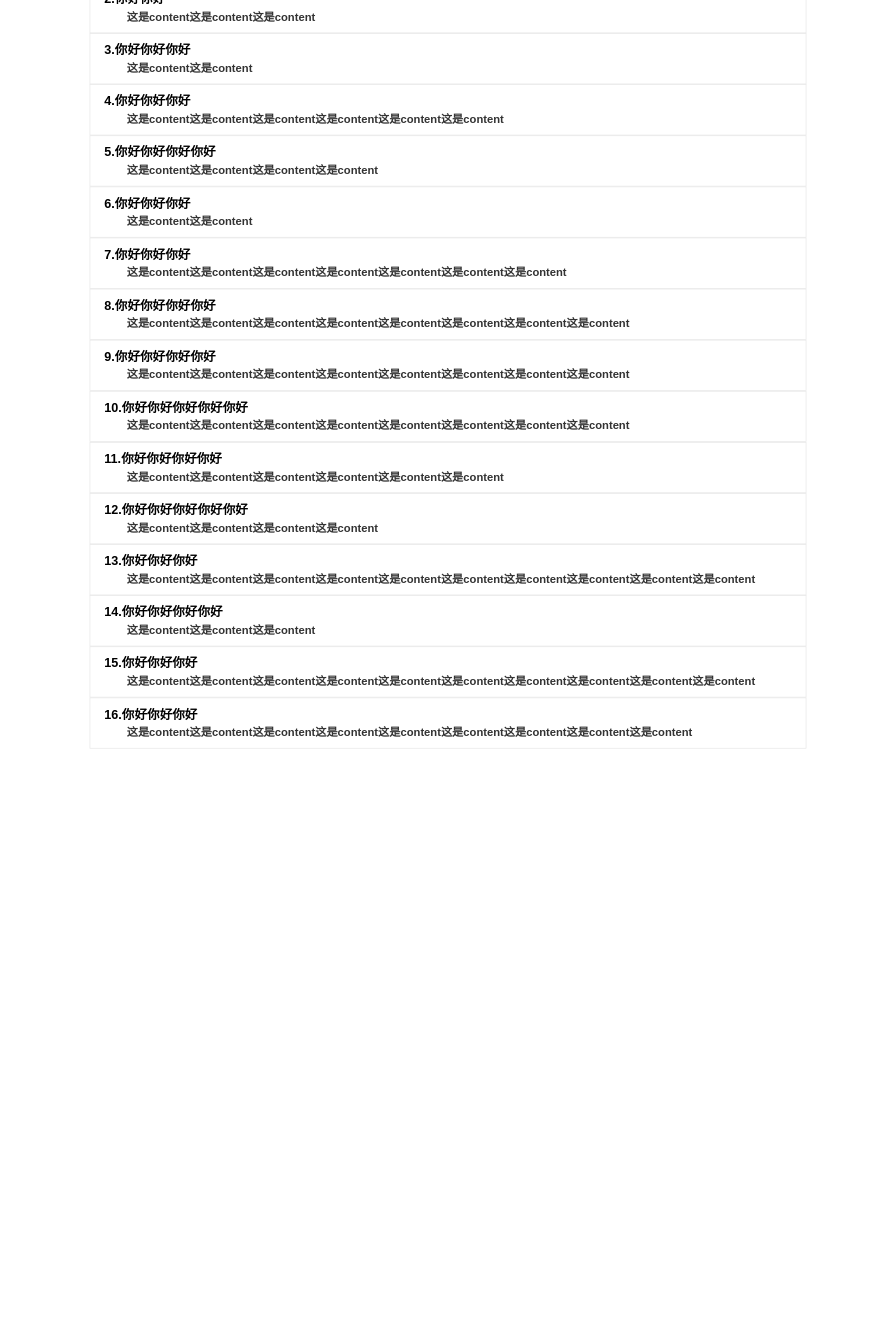
Repository: yuwanlin/react-virtuallist
Page: /
The author's editor kept a copy of each file at every save. The page is drawn from the files as they stood at one save, then again after the next save.
The browser window is 1280 px wide. The pictures show the part of the page from y = 398 to 2318 px (the page is 5468 px tall before and 5489 px after), at 70% of full size.
The project was rebuilt for these pictures with package versions that can differ from the ones it lists, and the page was loaded fresh each time.

Above is the page before, as saved 2019-09-23 11:57:06.

After the next save:
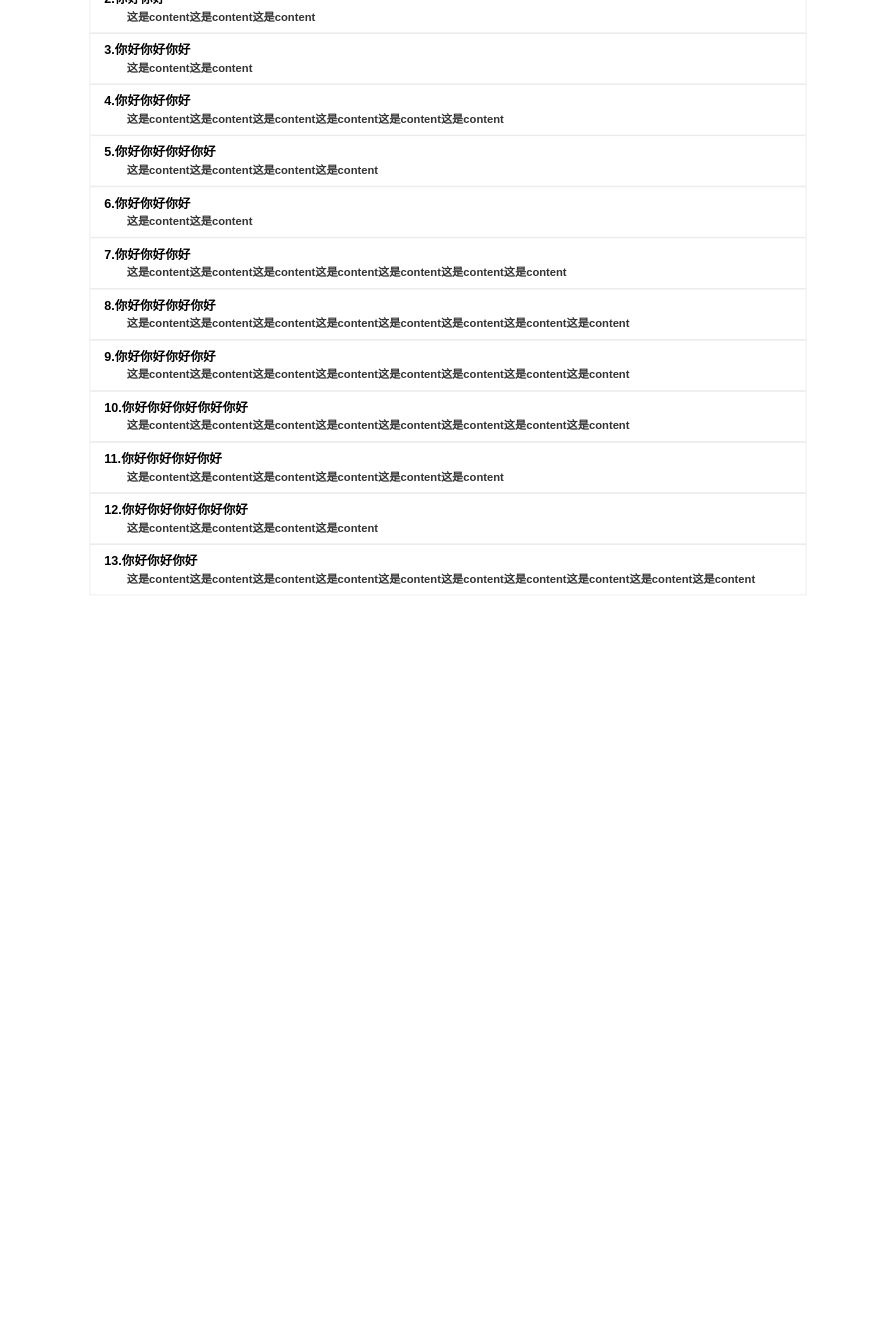
Saved 2 min 12 s later.
--- a/src/containers/virtual-list/index.tsx
+++ b/src/containers/virtual-list/index.tsx
@@ -95,7 +95,7 @@ function VirtualList(props: VirtualListProps) {
   const updateVisibleList = (scrollTop: number) => {
 
 
-    const endIndex: number = startIndexRef.current + numberOfContainer + beforeBuffer + afterBuffer
+    const endIndex: number = startIndexRef.current + numberOfContainer + afterBuffer
     let endOffset = 0;
     if(list.length - endIndex - 1 <= 0) {
       endOffset = 0;
